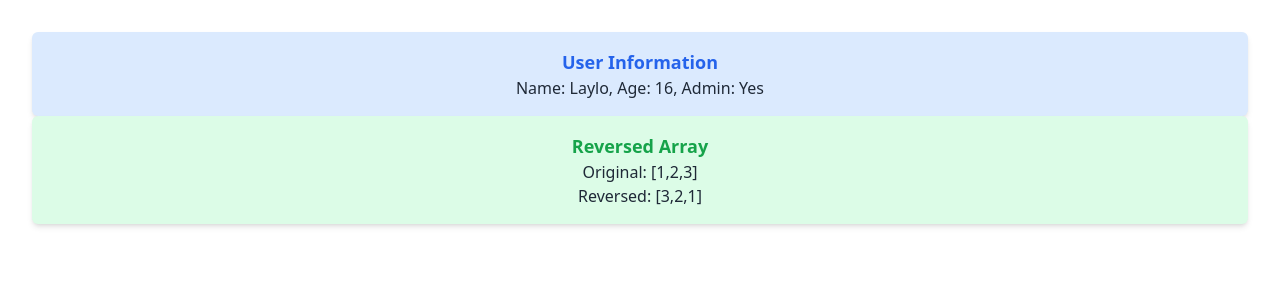
Repository: SitoraRashidova/hw034
Page: /
The author's editor kept a copy of each file at every save. The page is drawn from the files as they stood at one save, then again after the next save.
The browser window is 1280 px wide. The pictures show the whole page.
The project was rebuilt for these pictures with package versions that can differ from the ones it lists, and the page was loaded fresh each time. Also part of the build but not shown: vite.config.js.

Above is the page before, as saved 2024-12-26 11:05:13.

### src/App.jsx
import "./App.css";
import FormatUser from "./components/formatUser";
import ReverseArray from "./components/reverseArray";

function App() {
  return (
    <>
      <FormatUser />
      <ReverseArray />
    </>
  );
}

export default App;

### src/components/formatUser.jsx
import React from "react";

const FormatUser = () => {
  const user = { name: "Laylo", age:16 , isAdmin: true };

  const formatUser = (user) => {
    return `Name: ${user.name}, Age: ${user.age}, Admin: ${
      user.isAdmin ? "Yes" : "No"
    }`;
  };

  return (
    <div className="p-4 bg-blue-100 rounded-md shadow-md">
      <h2 className="text-lg font-semibold text-blue-600">User Information</h2>
      <p className="text-gray-800">{formatUser(user)}</p>
    </div>
  );
};

export default FormatUser;

### src/components/reverseArray.jsx
import React from "react";

const ReverseArray = () => {
  const reverseArray = (arr) => [...arr].reverse();

  const array = [1, 2, 3];
  return (
    <div className="p-4 bg-green-100 rounded-md shadow-md">
      <h2 className="text-lg font-semibold text-green-600">Reversed Array</h2>
      <p className="text-gray-800">Original: {JSON.stringify(array)}</p>
      <p className="text-gray-800">
        Reversed: {JSON.stringify(reverseArray(array))}
      </p>
    </div>
  );
};

export default ReverseArray;

Loaded but not shown: index.html (common file); src/main.jsx (common file); src/index.css (common file); src/App.css (common file); tailwind.config.js (common file)

After the next save:
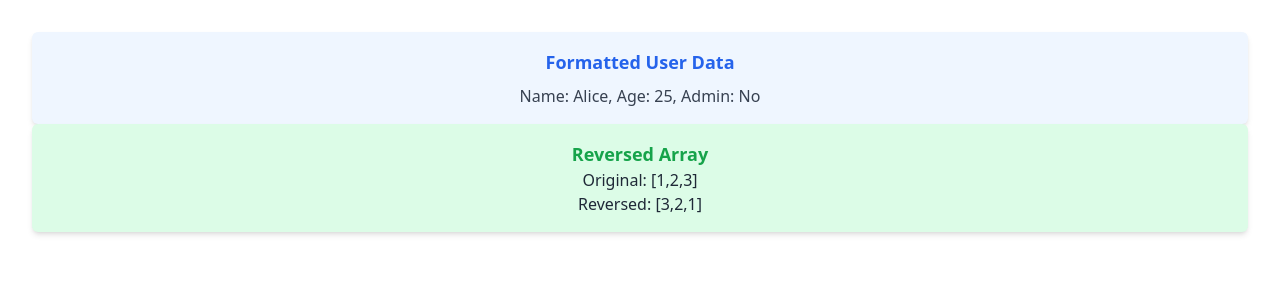
Saved 83 s later.
--- a/src/components/formatUser.jsx
+++ b/src/components/formatUser.jsx
@@ -1,18 +1,20 @@
 import React from "react";
 
 const FormatUser = () => {
-  const user = { name: "Laylo", age:16 , isAdmin: true };
-
   const formatUser = (user) => {
     return `Name: ${user.name}, Age: ${user.age}, Admin: ${
       user.isAdmin ? "Yes" : "No"
     }`;
   };
 
+  const user = { name: "Alice", age: 25, isAdmin: false };
+
   return (
-    <div className="p-4 bg-blue-100 rounded-md shadow-md">
-      <h2 className="text-lg font-semibold text-blue-600">User Information</h2>
-      <p className="text-gray-800">{formatUser(user)}</p>
+    <div className="p-4 bg-blue-50 rounded-md shadow-md">
+      <h2 className="text-lg font-bold text-blue-600 mb-2">
+        Formatted User Data
+      </h2>
+      <p className="text-gray-700">{formatUser(user)}</p>
     </div>
   );
 };
